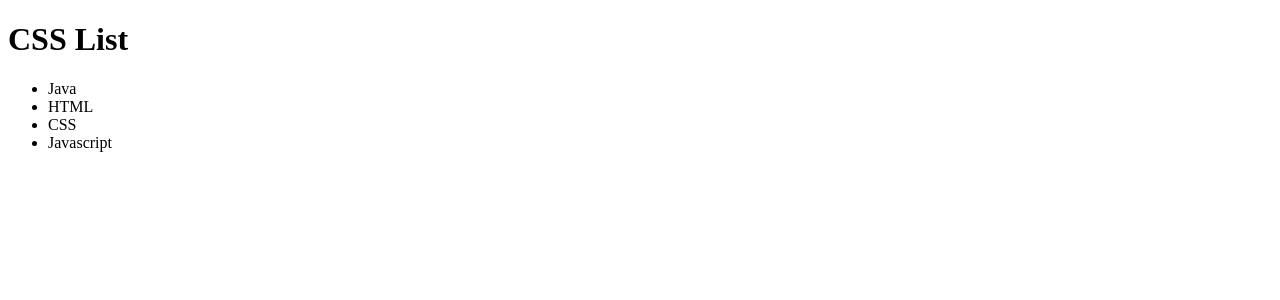
Repository: XenosJM/WEB_CODES
Page: Web02_CSS/src/main/webapp/09_list.html
These files come from the project's save history. The page is drawn as it stood at one moment and after the next save; the edit follows.
The browser window is 1280 px wide. The pictures show the whole page.

Above is the page before, as saved 2024-03-20 00:48:28.

### Web02_CSS/src/main/webapp/09_list.html
<!DOCTYPE html>
<html>
<head>
<meta charset="UTF-8">
<title>CSS List</title>
</head>
<body>
	<h1>CSS List</h1>
	<ul>
		<li>Java</li>
		<li>HTML</li>
		<li>CSS</li>
		<li>Javascript</li>
	</ul>
</body>
</html>

After the next save:
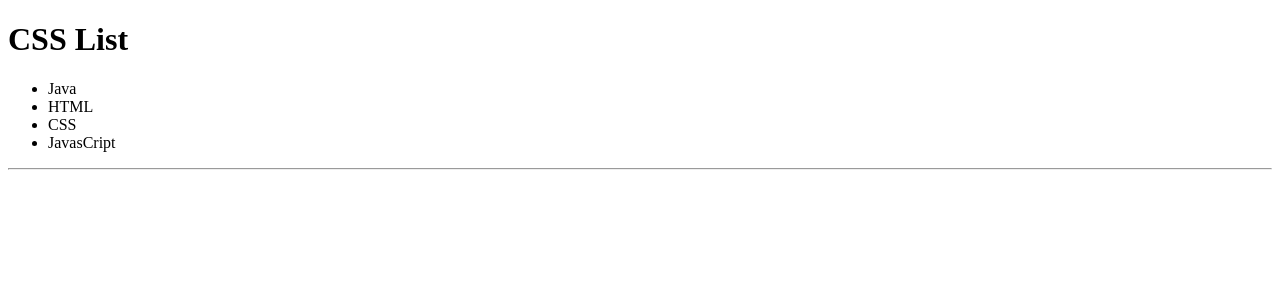
Saved 15 s later.
--- a/Web02_CSS/src/main/webapp/09_list.html
+++ b/Web02_CSS/src/main/webapp/09_list.html
@@ -10,7 +10,9 @@
 		<li>Java</li>
 		<li>HTML</li>
 		<li>CSS</li>
-		<li>Javascript</li>
+		<li>JavasCript</li>
 	</ul>
+	<hr>
+
 </body>
 </html>
